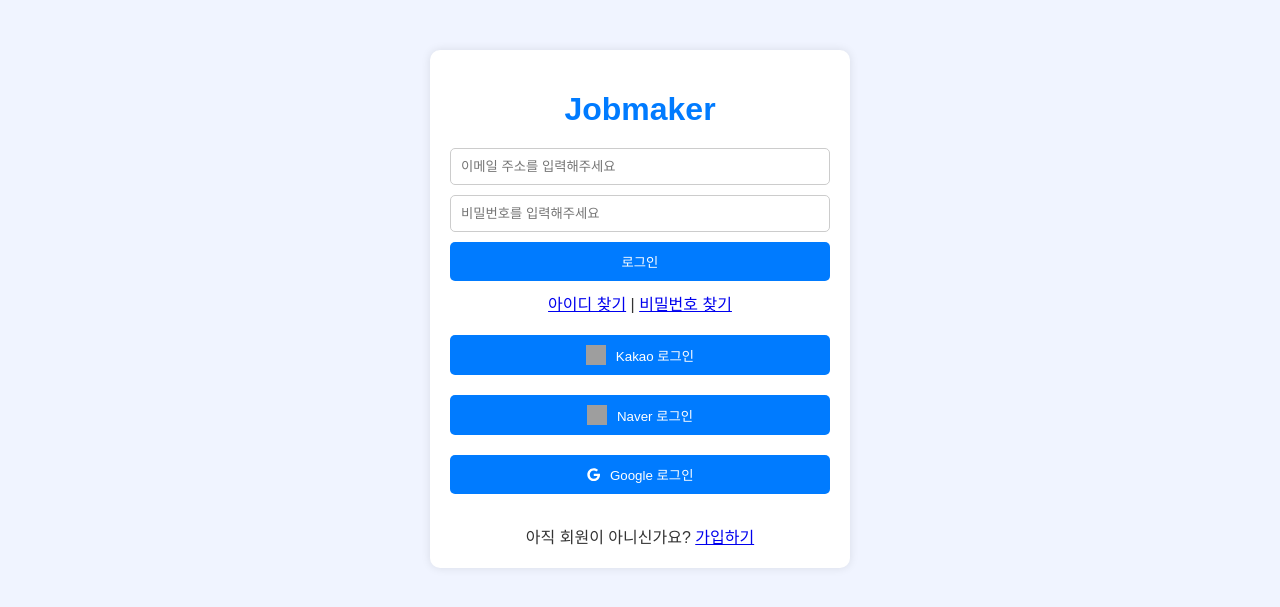
Repository: HSfac/jobmaker
Page: /login
An editor plug-in stored every save of this project. The page is shown before and after the next save, followed by the edit.
The browser window is 1280 px wide. The pictures show the whole page.
Pictures or frames that could not be fetched are drawn as grey boxes. The project was rebuilt for these pictures with package versions that can differ from the ones it lists, and the page was loaded fresh each time. Also part of the build but not shown: src/components/ToolCard.css, src/components/ToolCard.jsx, src/pages/MainPage.css, src/pages/MainPage.jsx, src/components/Header.css, src/components/Header.jsx, src/components/Footer.css, src/components/Footer.jsx and 13 more.

Above is the page before, as saved 2024-07-12 23:08:13.

### src/App.js
import React from 'react';
import { BrowserRouter as Router, Route, Routes } from 'react-router-dom';
import MainPage from './pages/MainPage';
import LandingPage from './pages/LandingPage';
import InfosPage from './pages/InfosPage';
import CommunityPage from './pages/CommunityPage';
import MyPage from './pages/MyPage';
import LoginPage from './pages/LoginPage';
import SignupPage from './pages/SignupPage';
import EmailSignupPage from './pages/EmailSignupPage';

import MainLayout from './layouts/MainLayout'; // 새로 생성한 레이아웃 컴포넌트
import './App.css';

function App() {
  return (
    <Router>
      <div className="App">
        <Routes>
          <Route path="/" element={<LandingPage />} />
          <Route path="/login" element={<LoginPage />} />
          <Route path="/signup" element={<SignupPage />} />
          <Route path="/email-signup" element={<EmailSignupPage />} />
          <Route element={<MainLayout />}>
            <Route path="/main" element={<MainPage />} />
            <Route path="/infos" element={<InfosPage />} />
            <Route path="/community" element={<CommunityPage />} />
            <Route path="/mypage" element={<MyPage />} />
          </Route>
        </Routes>
      </div>
    </Router>
  );
}

export default App;

### src/pages/LoginPage.jsx
import React, { useState } from 'react';
import SocialLoginButton from '../components/SocialLoginButton';
import './LoginPage.css';

const LoginPage = () => {
  const [email, setEmail] = useState('');
  const [password, setPassword] = useState('');

  const handleLogin = (e) => {
    e.preventDefault();
    // 로그인 로직 추가
  };

  return (
    <div className="login-page">
      <h1>Jobmaker</h1>
      <form onSubmit={handleLogin}>
        <input
          type="email"
          placeholder="이메일 주소를 입력해주세요"
          value={email}
          onChange={(e) => setEmail(e.target.value)}
        />
        <input
          type="password"
          placeholder="비밀번호를 입력해주세요"
          value={password}
          onChange={(e) => setPassword(e.target.value)}
        />
        <button type="submit">로그인</button>
      </form>
      <div className="links">
        <a href="/find-id">아이디 찾기</a> | <a href="/find-password">비밀번호 찾기</a>
      </div>
      <div className="social-login">
        <SocialLoginButton provider="kakao" />
        <SocialLoginButton provider="naver" />
        <SocialLoginButton provider="google" />
      </div>
      <div className="signup-link">
        아직 회원이 아니신가요? <a href="/signup">가입하기</a>
      </div>
    </div>
  );
};

export default LoginPage;

### src/App.css
.App {
  font-family: sans-serif;
  text-align: center;
  height: 100vh;
  display: flex;
  flex-direction: column;
}

.main-content {
  display: flex;
  flex: 1;
}

.page-content {
  flex: 1;
  padding: 20px;
  margin-left: 250px; /* 사이드바의 넓이만큼 왼쪽 여백을 설정 */
  transition: margin-left 0.3s;
}

.sidebar.closed + .page-content {
  margin-left: 80px; /* 사이드바가 닫혔을 때 여백 설정 */
}

### src/pages/LandingPage.css
/* LandingPage.css */

@font-face {
  font-family: 'Pretendard';
  src: url('../assets/fonts/Pretendard-Regular.ttf') format('truetype');
  font-weight: 400;
}

@font-face {
  font-family: 'Pretendard';
  src: url('../assets/fonts/Pretendard-SemiBold.ttf') format('truetype');
  font-weight: 600;
}
:root {
  --bg-color: #f0f4ff;
  --text-color: #333;
  --primary-color: #3a73e1;
  --secondary-color: #fff;
  --question-bg-color: #4a90e2;
}

[data-theme="dark"] {
  --bg-color: #121212;
  --text-color: #e0e0e0;
  --primary-color: #bb86fc;
  --secondary-color: #333;
  --question-bg-color: #3700b3;
}

body {
  background-color: var(--bg-color);
  color: var(--text-color);
  margin: 0;
  padding: 0;
  font-family: 'Pretendard', sans-serif;
}

.landing-page {
  display: flex;
  flex-direction: column;
  min-height: 100vh;
}

.main-content {
  flex: 1;
  display: flex;
  flex-direction: column;
  align-items: center;
  background-color: var(--primary-color);
  color: var(--secondary-color);
}

.hero {
  display: flex;
  justify-content: space-between;
  align-items: center;
  max-width: 1200px;
  width: 100%;
  padding: 50px;
}


.hero-text h1 {
  font-size: 4em; /* Increased font size */
  font-family: 'Pretendard', sans-serif;
  font-weight: 600; /* SemiBold */
  margin-bottom: 20px;
}

.hero-text p {
  font-family: 'Pretendard', sans-serif;
  font-weight: 400; /* Regular */
}

.hero-text button.primary {
  background-color: var(--secondary-color);
  color: var(--primary-color);
  padding: 10px 20px;
  border: none;
  border-radius: 5px;
  font-size: 1.2em;
  cursor: pointer;
  transition: border-color 0.3s;
}

.hero-text button.primary:hover {
  border: 2px solid var(--primary-color);
}

.hero-images {
  flex: 1;
  display: flex;
  justify-content: center;
  align-items: center;


}

.hero-images img {
  max-width: 100%;
  height: auto;

}

.second-section {
  width: 100%;
  font-size: 1.5em;
  padding: 50px 20px;
  background-color: var(--bg-color);
  color: var(--text-color);
  text-align: center;
  position: relative;
  overflow: hidden;
  font-weight: 700; /* SemiBold */
}

.second-section h2 {
  color: var(--primary-color);
  font-size: 1.5em;
  font-weight: 700; /* SemiBold */
}

.sliding-images {
  display: flex;
  flex-direction: column;
  align-items: center;
  justify-content: center;
  height: 280px; /* Adjust as needed */
  position: relative;
}

.sliding-images img {
  width: 300%; /* Make the images smaller */
  position: absolute;
  animation-duration: 30s; /* Slow down the animation */
  animation-timing-function: linear;
  animation-iteration-count: infinite;
}

.sliding-images img:nth-child(1) {
  top: 0;
  left: -100%;
  animation-name: slide-in-left;
}

.sliding-images img:nth-child(2) {
  top: 50%;
  left: 100%;
  animation-name: slide-in-right;
}

@keyframes slide-in-left {
  0%, 100% {
    left: -100%;
  }
  50% {
    left: 100%;
  }
}

@keyframes slide-in-right {
  0%, 100% {
    left: 100%;
  }
  50% {
    left: -100%;
  }
}

.generators {
  display: flex;
  justify-content: space-around;
  flex-wrap: wrap;
}

.generator-card {
  background-color: var(--secondary-color);
  color: var(--primary-color);
  border-radius: 10px;
  padding: 20px;
  margin: 10px;
  width: 200px;
  cursor: pointer;
  transition: transform 0.2s;
}

.generator-card:hover {
  transform: scale(1.05);
}

.generator-card h3 {
  margin-top: 0;
}

.generator-card p {
  margin: 10px 0 0;
  font-size: 20px;
}

/* 기존 CSS 생략 */

.third-section {

  width: 100%;
  padding: 10px 20px;
  background-color: var(--bg-color);
  color: var(--text-color);
  text-align: center;

}

.third-section h2 {
  font-size: 2.2em;
  color: var(--primary-color);
  font-weight: 700; /* SemiBold */
}

.third-section h3 {
  font-size: 1em;
  font-weight: 600; /* SemiBold */
}

.example-container {
  display: flex;
  flex-wrap: wrap;
  justify-content: center;
  gap: 20px;
  margin-top: 20px;
  flex-direction: column; /* 세로로 배치 */
}

.example-image.left {
  align-self: flex-start;
  margin: 0 50px; /* 이미지 양옆 여백 설정 */
  animation: slide-left 5s infinite;
}

.example-image.center1 {
  align-self: center;
  margin: 0 50px; /* 이미지 양옆 여백 설정 */
}

.example-image.right {
  align-self: flex-end;
  margin: 0 50px; /* 이미지 양옆 여백 설정 */
  animation: slide-right 5s infinite;
}

.example-image.center2 {
  align-self: center;
  margin: 0 50px; /* 이미지 양옆 여백 설정 */
}

@keyframes slide-left {
  0% {
    transform: translateX(0);
  }
  50% {
    transform: translateX(-20px); /* 원하는 슬라이드 거리 설정 */
  }
  100% {
    transform: translateX(0);
  }
}

@keyframes slide-right {
  0% {
    transform: translateX(0);
  }
  50% {
    transform: translateX(20px); /* 원하는 슬라이드 거리 설정 */
  }
  100% {
    transform: translateX(0);
  }
}

/* 기존 CSS 생략 */




.fourth-section {
  width: 100%;
  padding: 50px 20px;
  background-color: var(--bg-color);
  color: var(--text-color);
  text-align: center;
}

.fourth-section h2 {
  font-size: 2.2em;
  color: var(--primary-color);
  font-weight: 700; /* SemiBold */
  margin-bottom: 10px;
}

.fourth-section h3 {
  font-size: 26px;
  font-weight: 700; /* SemiBold */
  margin-bottom: 30px;
}

.sliding-tags {
  overflow: hidden;
  white-space: nowrap;
  box-sizing: border-box;
}

.tags-wrapper {
  display: inline-block;
  animation: slide 45s linear infinite;

}

.tag {
  font-size: 20px;
  display: inline-block;
  background-color: var(--primary-color);
  color: var(--secondary-color);
  padding: 20px 40px;
  margin: 0 10px;
  border-radius: 500px;
  font-weight: 600; /* SemiBold */
}

@keyframes slide {
  0% {
    transform: translateX(100%);
  }
  100% {
    transform: translateX(-100%);
  }
}

.fifth-section {
  width: 100%;
  padding: 50px 20px;
  background-color: var(--bg-color);
  color: var(--text-color);
  text-align: center;
}

.fifth-section h2 {
  margin-top: 70px;
  font-size: 2.2em;
  color: var(--primary-color);
  font-weight: 700; /* SemiBold */
}

.fifth-section h3 {
  font-size: 26px;
  font-weight: 700; /* SemiBold */
  margin-top: 10px;
  margin-bottom: 30px;
}

.pricing-plans {
  display: flex;
  justify-content: center;
  gap: 25px;
  flex-wrap: wrap;
  margin-bottom: 200px;
}

.plan {
  background-color: var(--secondary-color);
  color: var(--primary-color);
  border-radius: 10px;
  padding: 20px;
  margin: 10px;
  width: 250px;
  text-align: center;
}

.plan h3 {
  margin-top: 0;
}

.plan p {
  font-size: 20px;
  font-weight: 700; /* SemiBold */
}

.plan ul {
  list-style: none;
  padding: 0;
}

.plan ul li {
  margin: 10px 0;
}

.plan button.primary {
  background-color: var(--secondary-color);
  color: var(--primary-color);
  padding: 10px 20px;
  border: 2px solid var(--primary-color);
  border-radius: 5px;
  font-size: 1.2em;
  cursor: pointer;
  transition: background-color 0.3s, color 0.3s;
}

.plan button.primary:hover {
  background-color: var(--primary-color);
  color: var(--secondary-color);
}

.footer {
  background-color: var(--primary-color);
  color: var(--secondary-color);
  padding: 20px;
  text-align: center;
  position: relative;
  bottom: 0;
  width: 100%;
  margin-top: auto;
}

### src/components/SocialLoginButton.jsx
import React from 'react';
import { FaGoogle } from 'react-icons/fa';
import './SocialLoginButton.css';

const SocialLoginButton = ({ provider }) => {
  const getProviderIcon = (provider) => {
    switch (provider) {
      case 'google':
        return <FaGoogle />;
      case 'kakao':
        return <img src="/path/to/kakao-icon.png" alt="Kakao" className="custom-icon" />;
      case 'naver':
        return <img src="/path/to/naver-icon.png" alt="Naver" className="custom-icon" />;
      default:
        return null;
    }
  };

  const getProviderName = (provider) => {
    switch (provider) {
      case 'google':
        return 'Google';
      case 'kakao':
        return 'Kakao';
      case 'naver':
        return 'Naver';
      default:
        return '';
    }
  };

  return (
    <button className="social-login-button">
      {getProviderIcon(provider)}
      <span>{getProviderName(provider)} 로그인</span>
    </button>
  );
};

export default SocialLoginButton;

### src/pages/LoginPage.css
.login-page {
  width: 380px;
  margin: 0 auto;
  margin-top: 50px;
  padding: 20px;
  background-color: white;
  border-radius: 10px;
  box-shadow: 0 0 10px rgba(0, 0, 0, 0.1);
}

.login-page h1 {
  margin-bottom: 20px;
  color: #007bff;
}

.login-page form {
  display: flex;
  flex-direction: column;
}

.login-page input {
  margin-bottom: 10px;
  padding: 10px;
  border: 1px solid #ccc;
  border-radius: 5px;
}

.login-page button {
  padding: 10px;
  background-color: #007bff;
  color: white;
  border: none;
  border-radius: 5px;
  cursor: pointer;
}

.login-page .links {
  margin: 10px 0;
}

.login-page .social-login {
  display: flex;
  flex-direction: column;
}

.login-page .signup-link {
  margin-top: 20px;
}

### src/components/SocialLoginButton.css
.social-login-button {
  display: flex;
  align-items: center;
  justify-content: center;
  width: 100%;
  padding: 10px;
  margin: 10px 0;
  background-color: white;
  border: 1px solid #ccc;
  border-radius: 5px;
  cursor: pointer;
  transition: background-color 0.3s;
}

.social-login-button:hover {
  background-color: #f0f0f0;
}

.social-login-button span {
  margin-left: 10px;
}

.custom-icon {
  width: 20px;
  height: 20px;
}

Loaded but not shown: public/index.html (common file); src/index.js (common file); src/index.css (common file); src/reportWebVitals.js (common file)

After the next save:
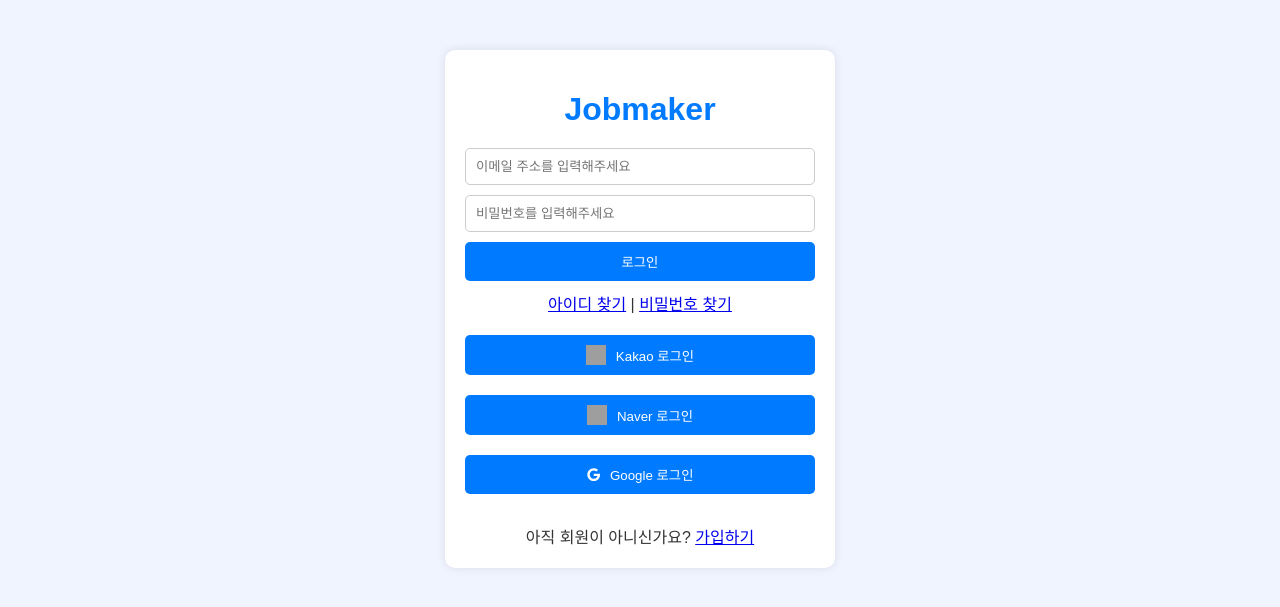
Saved 13 s later.
--- a/src/pages/LoginPage.css
+++ b/src/pages/LoginPage.css
@@ -1,5 +1,5 @@
 .login-page {
-  width: 380px;
+  width: 350px;
   margin: 0 auto;
   margin-top: 50px;
   padding: 20px;
